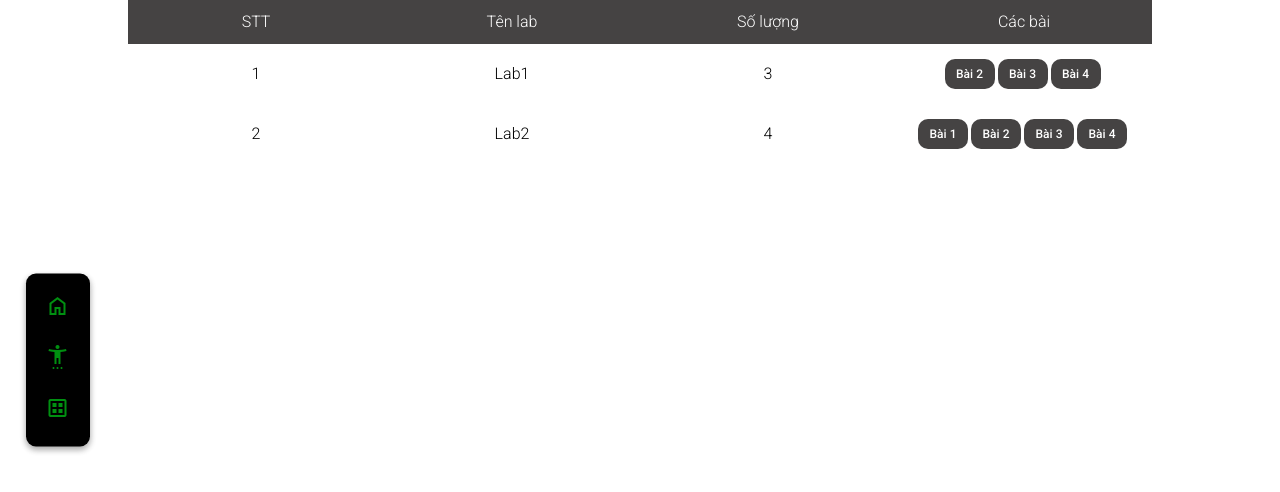
Repository: tuankiet10920/homeworkFEF
Page: /labs
These files come from the project's save history. The page is drawn as it stood at one moment and after the next save; the edit follows.
The browser window is 1280 px wide. The pictures show the whole page.
The project was rebuilt for these pictures with package versions that can differ from the ones it lists, and the page was loaded fresh each time. Also part of the build but not shown: vite.config.js, src/views/HomeView.vue. Imported but missing from the stored project, and not drawn on this page: src/assets/audio/intro.mp3.

Above is the page before, as saved 2024-10-23 23:29:19.

### index.html
<!doctype html>
<html lang="en">
  <head>
    <meta charset="UTF-8" />
    <link rel="icon" href="/favicon.ico" />
    <meta name="viewport" content="width=device-width, initial-scale=1.0" />
    <link
      href="https://cdn.jsdelivr.net/npm/bootstrap@5.3.3/dist/css/bootstrap.min.css"
      rel="stylesheet"
      integrity="sha384-QWTKZyjpPEjISv5WaRU9OFeRpok6YctnYmDr5pNlyT2bRjXh0JMhjY6hW+ALEwIH"
      crossorigin="anonymous"
    />
    <link
      rel="stylesheet"
      href="https://fonts.googleapis.com/css2?family=Material+Symbols+Outlined:opsz,wght,FILL,GRAD@20..48,100..700,0..1,-50..200"
    />
    <link rel="preconnect" href="https://fonts.googleapis.com" />
    <link rel="preconnect" href="https://fonts.gstatic.com" crossorigin />
    <link
      href="https://fonts.googleapis.com/css2?family=Roboto:ital,wght@0,100;0,300;0,400;0,500;0,700;0,900;1,100;1,300;1,400;1,500;1,700;1,900&display=swap"
      rel="stylesheet"
    />
    <title>Vite App</title>
    <link rel="stylesheet" href="./src/assets/css/main.css" />
  </head>
  <body>
    <div id="app"></div>
    <script
      src="https://cdn.jsdelivr.net/npm/bootstrap@5.3.3/dist/js/bootstrap.bundle.min.js"
      integrity="sha384-YvpcrYf0tY3lHB60NNkmXc5s9fDVZLESaAA55NDzOxhy9GkcIdslK1eN7N6jIeHz"
      crossorigin="anonymous"
    ></script>
    <script type="module" src="/src/main.js"></script>
  </body>
</html>

### src/assets/css/main.css
* {
  margin: 0;
  padding: 0;
  box-sizing: border-box;
  text-decoration: none;
  color: #000;
  font-size: 16px;
  font-family: 'Roboto', sans-serif;
  font-weight: 300;
  font-style: normal;
}

### src/App.vue
<script setup>
import { RouterLink, RouterView } from 'vue-router'
import GetSrcImage from './assets/help/getSrcImage.js'
import Icon from './components/Icon.vue'
</script>

<template>
  <header>
    <div class="wrapper">
      <nav>
        <RouterLink to="/">
          <Icon iconName="home" />
        </RouterLink>

        <RouterLink to="/about">
          <Icon iconName="settings_accessibility" />
        </RouterLink>

        <RouterLink to="/labs">
          <Icon iconName="dataset" />
        </RouterLink>
      </nav>
    </div>
  </header>
  <RouterView />
</template>

<style scoped>
.wrapper nav a {
  margin-bottom: 20px;
  width: fit-content;
  text-decoration: none;
}
.wrapper nav a span {
  color: #009011;
}
.wrapper nav a:last-child {
  margin-bottom: 0;
}
nav {
  display: flex;
  flex-direction: column;
  justify-content: center;
  position: absolute;
  top: 50%;
  left: 2%;
  transform: translateY(-50%);
  padding: 20px;
  border-radius: 10px;
  background: #000;
  box-shadow:
    rgba(0, 0, 0, 0.16) 0px 3px 6px,
    rgba(0, 0, 0, 0.23) 0px 3px 6px;
}
</style>

### src/router/index.js
import { createRouter, createWebHistory } from 'vue-router'
import HomeView from '../views/HomeView.vue'

const router = createRouter({
  history: createWebHistory(import.meta.env.BASE_URL),
  routes: [
    {
      path: '/',
      name: 'home',
      component: HomeView,
    },
    {
      path: '/about',
      name: 'about',
      // route level code-splitting
      // this generates a separate chunk (About.[hash].js) for this route
      // which is lazy-loaded when the route is visited.
      component: () => import('../views/AboutView.vue'),
    },
    {
      path: '/labs',
      name: 'labs',
      component: () => import('../views/LabView.vue'),
    }
  ],
})

export default router

### src/assets/help/getSrcImage.js
const getSrcImage = (image) => {
    let __path = 'http://localhost:5173/src/assets/img/'
    return __path + image
}
export default getSrcImage

### src/components/Icon.vue
<script setup>
const props = defineProps(['iconName'])
</script>
<template>
  <span class="material-symbols-outlined"> {{ props.iconName }} </span>
</template>
<style scoped></style>

### src/views/LabView.vue
<script setup>
import { ref } from 'vue'
import router from '../router/index.js'

const __PATH = '../Labs/'
const sourceTrs = ref([
  {
    name_lab: 'Lab1',
    exs: [
      {
        name_ex: 'Bài 2',
        link: '/bai2lab1',
        namePath: 'Bai2',
      },
      {
        name_ex: 'Bài 3',
        link: '/bai3lab1',
        namePath: 'Bai3',
      },
      {
        name_ex: 'Bài 4',
        link: '/bai4lab1',
        namePath: 'Bai4',
      },
    ],
  },
  {
    name_lab: 'Lab2',
    exs: [
      {
        name_ex: 'Bài 1',
        link: '/bai1lab2',
        namePath: 'Bai1',
      },
      {
        name_ex: 'Bài 2',
        link: '/bai2lab2',
        namePath: 'Bai2',
      },
      {
        name_ex: 'Bài 3',
        link: '/bai3lab2',
        namePath: 'Bai3',
      },
      {
        name_ex: 'Bài 4',
        link: '/bai4lab2',
        namePath: 'Bai4',
      },
    ],
  },
])

sourceTrs.value.forEach(tr => {
  tr.exs.forEach(ex => {
    let pathImport = `../Labs/${tr.name_lab}/${ex.namePath}.vue`
    router.addRoute({
      path: ex.link,
      name: ex.name_ex + ' ' + tr.name_lab,
      component: () => import(pathImport),
    })
  })
})
console.log(router.getRoutes())
</script>
<template>
  <div class="labs">
    <table>
      <thead>
        <tr>
          <th>STT</th>
          <th>Tên lab</th>
          <th>Số lượng</th>
          <th>Các bài</th>
        </tr>
      </thead>
      <tbody>
        <tr v-for="(item, index) in sourceTrs">
          <td>{{ index + 1 }}</td>
          <td>{{ item.name_lab }}</td>
          <td>{{ item.exs.length }}</td>
          <td>
            <RouterLink v-for="route in item.exs" :to="route.link">
              <button type="button">{{ route.name_ex }}</button>
            </RouterLink>
          </td>
        </tr>
      </tbody>
    </table>
  </div>
</template>
<style scoped>
.labs {
  width: 100%;
  display: flex;
  justify-content: center;
}
table {
  border-collapse: collapse;
  width: 80%;
}
th {
  width: calc(100% / 4);
  padding: 10px 0px;
  background: #454343;
  color: #fff;
  text-align: center;
}
td {
  padding: 15px 0px;
  text-align: center;
}
button {
  width: 50px;
  height: 30px;
  border-radius: 10px;
  border: none;
  background: #454343;
  color: #fff;
  margin-right: 3px;
  font-weight: 500;
  transition: all 0.3s ease-in-out;
  font-size: 12px;
}
button:hover {
  color: #009011;
  box-shadow:
    rgba(60, 64, 67, 0.3) 0px 1px 2px 0px,
    rgba(60, 64, 67, 0.15) 0px 1px 3px 1px;
}
</style>

Loaded but not shown: src/main.js (common file)

After the next save:
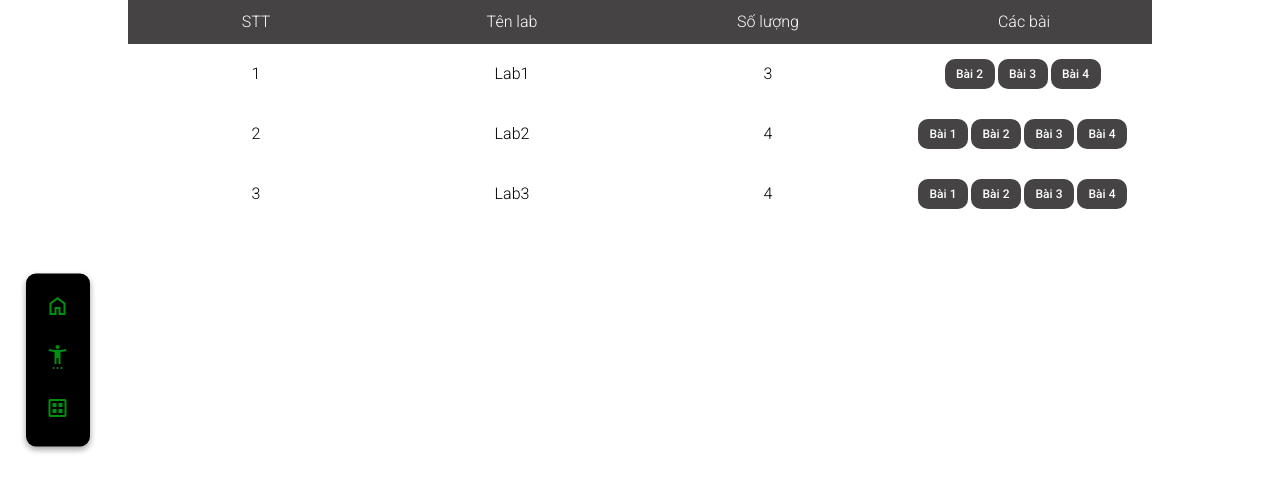
Saved 2 min 27 s later.
--- a/src/views/LabView.vue
+++ b/src/views/LabView.vue
@@ -45,6 +45,31 @@
       {
         name_ex: 'Bài 4',
         link: '/bai4lab2',
+        namePath: 'Bai4',
+      },
+    ],
+  },
+  {
+    name_lab: 'Lab3',
+    exs: [
+      {
+        name_ex: 'Bài 1',
+        link: '/bai1lab3',
+        namePath: 'Bai1',
+      },
+      {
+        name_ex: 'Bài 2',
+        link: '/bai2lab3',
+        namePath: 'Bai2',
+      },
+      {
+        name_ex: 'Bài 3',
+        link: '/bai3lab3',
+        namePath: 'Bai3',
+      },
+      {
+        name_ex: 'Bài 4',
+        link: '/bai4lab3',
         namePath: 'Bai4',
       },
     ],
